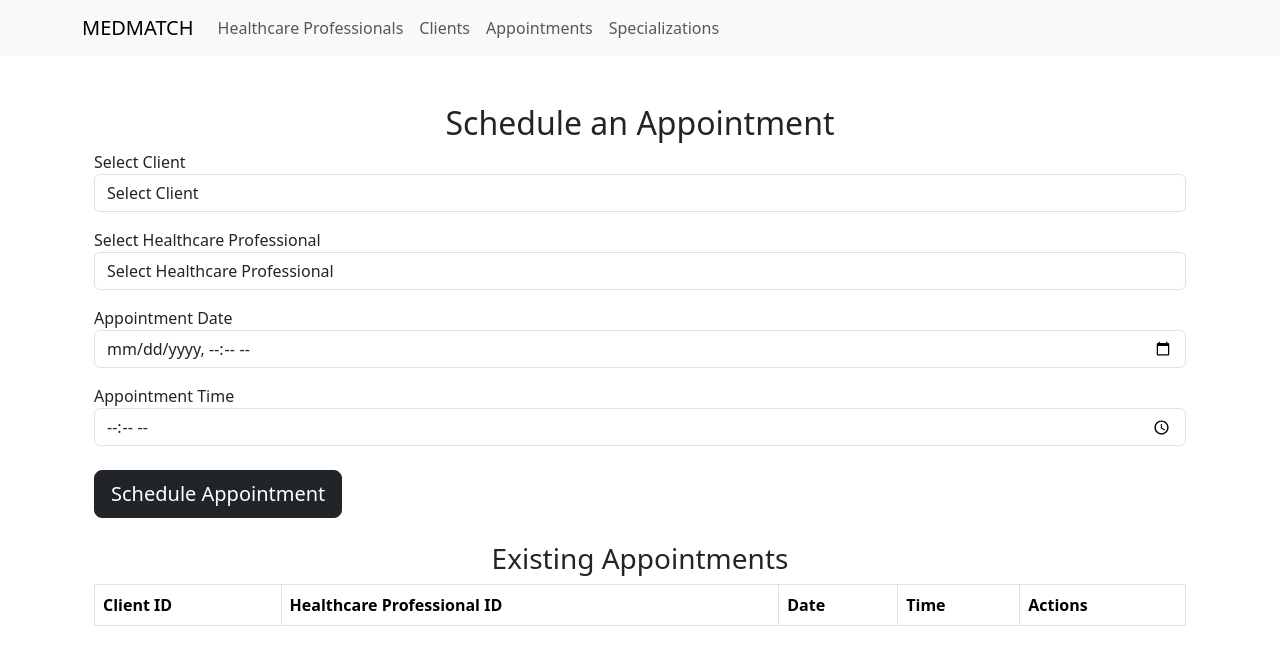
Repository: fahma20/medmatch-platform
Page: /appointments (app in client/)
These files come from the project's save history. The page is drawn as it stood at one moment and after a run of saves; the edit follows.
The browser window is 1280 px wide. The pictures show the whole page.
The page's requests for data from a server got no answer. The project was rebuilt for these pictures with package versions that can differ from the ones it lists, and the page was loaded fresh each time. No one was signed in, and anything a server would have sent is missing. Also part of the build but not shown: client/src/components/Healthcareprofessionals.js, client/src/components/Specializations.js, client/src/components/Clients.js, client/src/components/Homepage.js.

Above is the page before, as saved 2025-01-31 10:03:32.

### client/src/index.js
import React from "react";
import ReactDOM from "react-dom";
import App from './components/App';  // Correct path to the App component


ReactDOM.render(
  <React.StrictMode>
    <App />
  </React.StrictMode>,
  document.getElementById("root")
);

### client/src/components/App.js
import React from 'react';
import { BrowserRouter as Router, Routes, Route } from 'react-router-dom';
import 'bootstrap/dist/css/bootstrap.min.css';

import HealthcareProfessionals from './Healthcareprofessionals'; // Ensure the correct name and casing
import Specializations from './Specializations';
import Appointments from './Appointments';
import Clients from './Clients';
import Navbar from './Navbar';
import HomePage from './Homepage'; // Corrected import to HomePage

const App = () => {
  return (
    <Router>
      <Navbar /> {/* Your Navbar component */}
      <div className="container mt-5">
        <Routes>
          {/* Add HomePage as the route for the root path */}
          <Route path="/" element={<HomePage />} /> {/* Home Page */}
          <Route path="/clients" element={<Clients />} />
          <Route path="/appointments" element={<Appointments />} />
          <Route path="/specializations" element={<Specializations />} />
          <Route path="/healthcare-professionals" element={<HealthcareProfessionals />} /> {/* Healthcare Professionals Page */}
        </Routes>
      </div>
    </Router>
  );
};

export default App;

### client/src/components/Appointments.js

/*
import React, { useState, useEffect } from 'react';
import { Formik, Field, Form, ErrorMessage } from 'formik';
import * as Yup from 'yup';

const Appointments = () => {
  const [appointments, setAppointments] = useState([]);

  // Fetch appointments
  useEffect(() => {
    const fetchAppointments = async () => {
      try {
        const response = await fetch('http://127.0.0.1:5000/api/appointments');
        const data = await response.json();
        setAppointments(data);
      } catch (error) {
        console.error('Error fetching appointments:', error);
      }
    };
    fetchAppointments();
  }, []);

  // Validation schema for creating/editing appointment
  const validationSchema = Yup.object({
    clientId: Yup.number().required('Client ID is required'),
    doctorId: Yup.number().required('Doctor ID is required'),
    appointmentDate: Yup.date().required('Appointment date is required'),
  });

  // Handle form submission (create new appointment)
  const handleSubmit = async (values, { resetForm }) => {
    try {
      const response = await fetch('http://127.0.0.1:5000/api/appointments', {
        method: 'POST',
        headers: {
          'Content-Type': 'application/json',
        },
        body: JSON.stringify(values),
      });

      if (!response.ok) {
        console.error('Error adding appointment:', response);
        return;
      }

      const newAppointment = await response.json();
      setAppointments((prevAppointments) => [...prevAppointments, newAppointment]);
      resetForm();
    } catch (error) {
      console.error('Error adding appointment:', error);
    }
  };

  // Handle deleting an appointment
  const handleDelete = async (id) => {
    try {
      const response = await fetch(`http://127.0.0.1:5000/api/appointments/${id}`, {
        method: 'DELETE',
      });

      if (!response.ok) {
        console.error('Error deleting appointment:', response);
        return;
      }

      setAppointments((prevAppointments) =>
        prevAppointments.filter((appointment) => appointment.id !== id)
      );
    } catch (error) {
      console.error('Error deleting appointment:', error);
    }
  };

  return (
    <div>
      <h2>Appointments</h2>

      <Formik
        initialValues={{
          clientId: '',
          doctorId: '',
          appointmentDate: '',
        }}
        validationSchema={validationSchema}
        onSubmit={handleSubmit}
      >
        <Form>
          <div className="form-group">
            <label htmlFor="clientId">Client ID</label>
            <Field
              type="number"
              id="clientId"
              name="clientId"
              className="form-control"
            />
            <ErrorMessage name="clientId" component="div" className="text-danger" />
          </div>

          <div className="form-group">
            <label htmlFor="doctorId">Doctor ID</label>
            <Field
              type="number"
              id="doctorId"
              name="doctorId"
              className="form-control"
            />
            <ErrorMessage name="doctorId" component="div" className="text-danger" />
          </div>

          <div className="form-group">
            <label htmlFor="appointmentDate">Appointment Date</label>
            <Field
              type="date"
              id="appointmentDate"
              name="appointmentDate"
              className="form-control"
            />
            <ErrorMessage name="appointmentDate" component="div" className="text-danger" />
          </div>

          <button type="submit" className="btn btn-primary">Add Appointment</button>
        </Form>
      </Formik>

      <div className="mt-4">
        <h3>Appointments List</h3>
        {appointments.length === 0 ? (
          <p>No appointments available.</p>
        ) : (
          appointments.map((appointment) => (
            <div key={appointment.id} className="card mb-3">
              <div className="card-body">
                <h5 className="card-title">Appointment ID: {appointment.id}</h5>
                <p className="card-text">
                  <strong>Client ID:</strong> {appointment.clientId}
                </p>
                <p className="card-text">
                  <strong>Doctor ID:</strong> {appointment.doctorId}
                </p>
                <p className="card-text">
                  <strong>Date:</strong> {new Date(appointment.appointmentDate).toLocaleDateString()}
                </p>
                <button
                  className="btn btn-danger"
                  onClick={() => handleDelete(appointment.id)}
                >
                  Delete
                </button>
              </div>
            </div>
          ))
        )}
      </div>
    </div>
  );
};

export default Appointments;
*/
import React, { useState, useEffect } from 'react';

const Appointments = () => {
    const [clients, setClients] = useState([]);
    const [professionals, setProfessionals] = useState([]);
    const [appointments, setAppointments] = useState([]);
    const [appointmentDate, setAppointmentDate] = useState('');
    const [appointmentTime, setAppointmentTime] = useState('');
    const [clientId, setClientId] = useState('');
    const [professionalId, setProfessionalId] = useState('');
    const [message, setMessage] = useState('');

    // Fetch clients and healthcare professionals
    useEffect(() => {
        const fetchClients = async () => {
            const response = await fetch('http://127.0.0.1:5000/api/clients');
            const data = await response.json();
            setClients(data);
        };

        const fetchProfessionals = async () => {
            const response = await fetch('http://127.0.0.1:5000/api/healthcare_professionals');
            const data = await response.json();
            setProfessionals(data);
        };

        const fetchAppointments = async () => {
            const response = await fetch('http://127.0.0.1:5000/api/appointments');
            const data = await response.json();
            setAppointments(data);
        };

        fetchClients();
        fetchProfessionals();
        fetchAppointments();
    }, []);

    // Handle form submission for creating appointment
    const handleSubmit = async (e) => {
        e.preventDefault();

        const newAppointment = {
            client_id: clientId,
            healthcare_professional_id: professionalId,
            date: appointmentDate,
            time: appointmentTime,
        };

        try {
            const response = await fetch('http://127.0.0.1:5000/api/appointments', {
                method: 'POST',
                headers: {
                    'Content-Type': 'application/json',
                },
                body: JSON.stringify(newAppointment),
            });

            if (response.ok) {
                const result = await response.json();
                // Add the newly created appointment to the appointments list without refreshing
                setAppointments((prevAppointments) => [...prevAppointments, result]);
                setMessage('Appointment scheduled successfully!');
                resetForm();
            } else {
                setMessage('There was an issue scheduling the appointment.');
            }
        } catch (error) {
            setMessage('Error connecting to the server.');
        }
    };

    // Function to handle the deletion of an appointment
    const handleDelete = async (appointmentId) => {
        try {
            const response = await fetch(`http://127.0.0.1:5000/api/appointments/${appointmentId}`, {
                method: 'DELETE',
            });

            if (response.ok) {
                // Remove the deleted appointment from the state without refreshing the page
                setAppointments((prevAppointments) =>
                    prevAppointments.filter((appointment) => appointment.id !== appointmentId)
                );
                setMessage('Appointment deleted successfully!');
            } else {
                setMessage('Error deleting the appointment.');
            }
        } catch (error) {
            setMessage('Error connecting to the server.');
        }
    };

    const resetForm = () => {
        setClientId('');
        setProfessionalId('');
        setAppointmentDate('');
        setAppointmentTime('');
    };

    return (
        <div className="container mt-4">
            <h2 className="text-center">Schedule an Appointment</h2>
            <form onSubmit={handleSubmit}>
                <div className="form-group">
                    <label>Select Client</label>
                    <select
                        className="form-control"
                        value={clientId}
                        onChange={(e) => setClientId(e.target.value)}
                    >
                        <option value="">Select Client</option>
                        {clients.map((client) => (
                            <option key={client.id} value={client.id}>
                                {client.name}
                            </option>
                        ))}
                    </select>
                </div>
                <div className="form-group mt-3">
                    <label>Select Healthcare Professional</label>
                    <select
                        className="form-control"
                        value={professionalId}
                        onChange={(e) => setProfessionalId(e.target.value)}
                    >
                        <option value="">Select Healthcare Professional</option>
                        {professionals.map((professional) => (
                            <option key={professional.id} value={professional.id}>
                                {professional.name}
                            </option>
                        ))}
                    </select>
                </div>
                <div className="form-group mt-3">
                    <label>Appointment Date</label>
                    <input
                        type="datetime-local"
                        className="form-control"
                        value={appointmentDate}
                        onChange={(e) => setAppointmentDate(e.target.value)}
                        required
                    />
                </div>
                <div className="form-group mt-3">
                    <label>Appointment Time</label>
                    <input
                        type="time"
                        className="form-control"
                        value={appointmentTime}
                        onChange={(e) => setAppointmentTime(e.target.value)}
                        required
                    />
                </div>
                <button type="submit" className="btn btn-dark btn-lg mt-4">
                    Schedule Appointment
                </button>
            </form>

            {message && <div className="mt-4 alert alert-info">{message}</div>}

            <div className="mt-4">
                <h3 className="text-center">Existing Appointments</h3>
                <table className="table table-bordered">
                    <thead>
                        <tr>
                            <th>Client ID</th>
                            <th>Healthcare Professional ID</th>
                            <th>Date</th>
                            <th>Time</th>
                            <th>Actions</th>
                        </tr>
                    </thead>
                    <tbody>
                        {appointments.map((appointment) => (
                            <tr key={appointment.id}>
                                <td>{appointment.client_id}</td>
                                <td>{appointment.healthcare_professional_id}</td>
                                <td>{appointment.date}</td>
                                <td>{appointment.time}</td>
                                <td>
                                    <button
                                        className="btn btn-dark"
                                        onClick={() => handleDelete(appointment.id)}
                                    >
                                        Delete
                                    </button>
                                </td>
                            </tr>
                        ))}
                    </tbody>
                </table>
            </div>
        </div>
    );
};

export default Appointments;

### client/src/components/Navbar.js
/*import React from 'react';
import { Link } from 'react-router-dom';

const Navbar = () => {
  return (
    <nav className="navbar navbar-expand-lg navbar-light bg-light">
      <a className="navbar-brand" href="/">MedMatch</a>
      <div className="collapse navbar-collapse">
        <ul className="navbar-nav ml-auto">
          <li className="nav-item">
            <Link className="nav-link" to="/">Healthcare Professionals</Link>
          </li>
          <li className="nav-item">
            <Link className="nav-link" to="/clients">Clients</Link>
          </li>
          <li className="nav-item">
            <Link className="nav-link" to="/appointments">Appointments</Link>
          </li>
        </ul>
      </div>
    </nav>
  );
};

export default Navbar;
*/

// Navbar.js
import React from 'react';
import { Link } from 'react-router-dom';

const Navbar = () => {
  return (
    <nav className="navbar navbar-expand-lg navbar-light bg-light">
      <div className="container">
        <Link className="navbar-brand" to="/">MEDMATCH</Link>
        <button
          className="navbar-toggler"
          type="button"
          data-bs-toggle="collapse"
          data-bs-target="#navbarNav"
          aria-controls="navbarNav"
          aria-expanded="false"
          aria-label="Toggle navigation"
        >
          <span className="navbar-toggler-icon"></span>
        </button>
        <div className="collapse navbar-collapse" id="navbarNav">
          <ul className="navbar-nav">
            <li className="nav-item">
              <Link className="nav-link" to="/healthcare-professionals">Healthcare Professionals</Link>
            </li>
            <li className="nav-item">
              <Link className="nav-link" to="/clients">Clients</Link>
            </li>
            <li className="nav-item">
              <Link className="nav-link" to="/appointments">Appointments</Link>
            </li>
            <li className="nav-item">
              <Link className="nav-link" to="/specializations">Specializations</Link>
            </li>
          </ul>
        </div>
      </div>
    </nav>
  );
};

export default Navbar;

Loaded but not shown: client/public/index.html (common file)

After the next 3 saves:
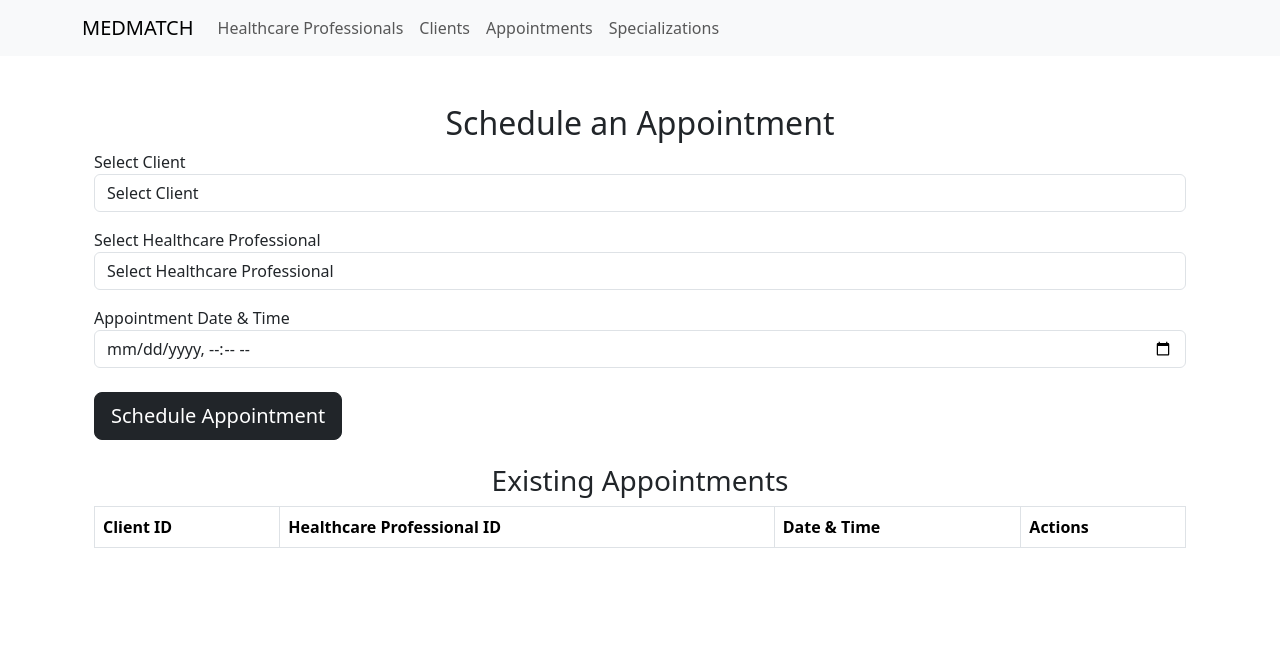
The 3 saves are shown as one change because 1 did not build or start and some came seconds apart.
The last was saved 3 min 39 s later.
--- a/client/src/components/Appointments.js
+++ b/client/src/components/Appointments.js
@@ -165,7 +165,6 @@ const Appointments = () => {
     const [professionals, setProfessionals] = useState([]);
     const [appointments, setAppointments] = useState([]);
     const [appointmentDate, setAppointmentDate] = useState('');
-    const [appointmentTime, setAppointmentTime] = useState('');
     const [clientId, setClientId] = useState('');
     const [professionalId, setProfessionalId] = useState('');
     const [message, setMessage] = useState('');
@@ -203,7 +202,6 @@ const Appointments = () => {
             client_id: clientId,
             healthcare_professional_id: professionalId,
             date: appointmentDate,
-            time: appointmentTime,
         };
 
         try {
@@ -229,7 +227,6 @@ const Appointments = () => {
         }
     };
 
-    // Function to handle the deletion of an appointment
     const handleDelete = async (appointmentId) => {
         try {
             const response = await fetch(`http://127.0.0.1:5000/api/appointments/${appointmentId}`, {
@@ -237,13 +234,13 @@ const Appointments = () => {
             });
 
             if (response.ok) {
-                // Remove the deleted appointment from the state without refreshing the page
+                // Remove the deleted appointment from the appointments list
                 setAppointments((prevAppointments) =>
                     prevAppointments.filter((appointment) => appointment.id !== appointmentId)
                 );
                 setMessage('Appointment deleted successfully!');
             } else {
-                setMessage('Error deleting the appointment.');
+                setMessage('There was an issue deleting the appointment.');
             }
         } catch (error) {
             setMessage('Error connecting to the server.');
@@ -254,7 +251,6 @@ const Appointments = () => {
         setClientId('');
         setProfessionalId('');
         setAppointmentDate('');
-        setAppointmentTime('');
     };
 
     return (
@@ -292,7 +288,7 @@ const Appointments = () => {
                     </select>
                 </div>
                 <div className="form-group mt-3">
-                    <label>Appointment Date</label>
+                    <label>Appointment Date & Time</label>
                     <input
                         type="datetime-local"
                         className="form-control"
@@ -301,16 +297,6 @@ const Appointments = () => {
                         required
                     />
                 </div>
-                <div className="form-group mt-3">
-                    <label>Appointment Time</label>
-                    <input
-                        type="time"
-                        className="form-control"
-                        value={appointmentTime}
-                        onChange={(e) => setAppointmentTime(e.target.value)}
-                        required
-                    />
-                </div>
                 <button type="submit" className="btn btn-dark btn-lg mt-4">
                     Schedule Appointment
                 </button>
@@ -325,8 +311,7 @@ const Appointments = () => {
                         <tr>
                             <th>Client ID</th>
                             <th>Healthcare Professional ID</th>
-                            <th>Date</th>
-                            <th>Time</th>
+                            <th>Date & Time</th>
                             <th>Actions</th>
                         </tr>
                     </thead>
@@ -335,8 +320,7 @@ const Appointments = () => {
                             <tr key={appointment.id}>
                                 <td>{appointment.client_id}</td>
                                 <td>{appointment.healthcare_professional_id}</td>
-                                <td>{appointment.date}</td>
-                                <td>{appointment.time}</td>
+                                <td>{new Date(appointment.date).toLocaleString()}</td>
                                 <td>
                                     <button
                                         className="btn btn-dark"
